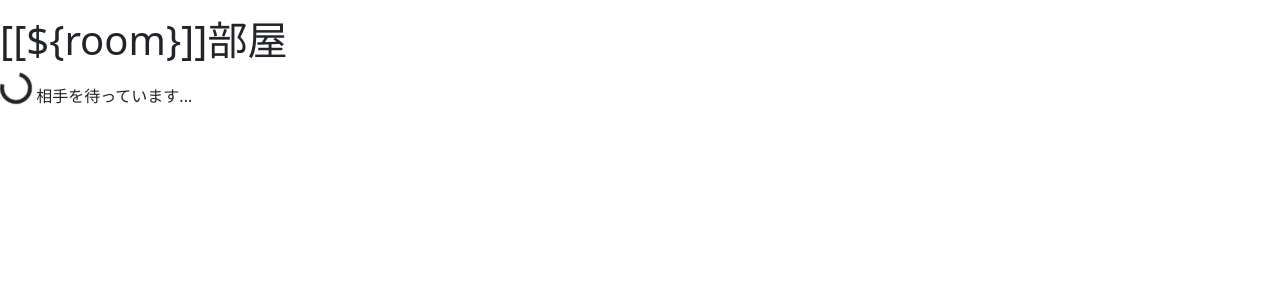
Repository: e1b21074/field_arena
Page: .log/field_arena/src/main/resources/templates/room.html
An editor plug-in stored every save of this project. The page is shown before and after the next save, followed by the edit.
The browser window is 1280 px wide. The pictures show the whole page.
The page's requests for data from a server got no answer.

Above is the page before, as saved 2024-01-05 23:46:19.

### .log/field_arena/src/main/resources/templates/room.html
<!DOCTYPE html>
<html lang="en">

<head>
  <meta charset="UTF-8">
  <meta name="viewport" content="width=device-width, initial-scale=1.0">

  <!-- bootstrap CSS -->
  <link href="https://cdn.jsdelivr.net/npm/bootstrap@5.0.2/dist/css/bootstrap.min.css" rel="stylesheet"
    integrity="sha384-EVSTQN3/azprG1Anm3QDgpJLIm9Nao0Yz1ztcQTwFspd3yD65VohhpuuCOmLASjC" crossorigin="anonymous">

  <title>カードゲーム</title>
  <script>
    window.onload=function(){
      var sse = new EventSource('/start');
        sse.onmessage=function(event){
          var game=JSON.parse(event.data);
          location.href = "/game?roomid=" + game.id;
        }
    }
  </script>

  <style>
    p{
      text-align: center;
    }
  </style>
</head>
<body>
  <p>
    <h1>[[${room}]]部屋</h1>
    <div id="game">
      <nobr class="spinner-border" role="status">
        <span class="visually-hidden">Loading...</span>
      </nobr>
      相手を待っています...
    </div>
  </p>

  <script src="https://cdn.jsdelivr.net/npm/bootstrap@5.0.2/dist/js/bootstrap.bundle.min.js"
    integrity="sha384-MrcW6ZMFYlzcLA8Nl+NtUVF0sA7MsXsP1UyJoMp4YLEuNSfAP+JcXn/tWtIaxVXM"
    crossorigin="anonymous"></script>

</body>
</html>

After the next save:
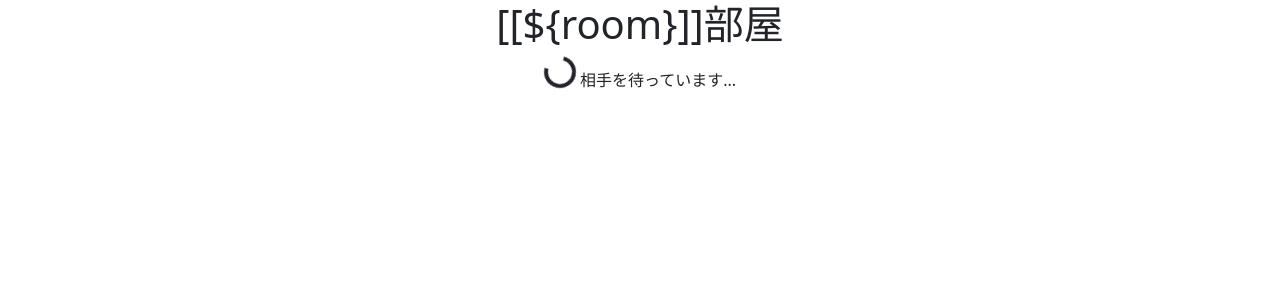
Saved 65 s later.
--- a/.log/field_arena/src/main/resources/templates/room.html
+++ b/.log/field_arena/src/main/resources/templates/room.html
@@ -19,15 +19,9 @@
         }
     }
   </script>
-
-  <style>
-    p{
-      text-align: center;
-    }
-  </style>
 </head>
 <body>
-  <p>
+  <center>
     <h1>[[${room}]]部屋</h1>
     <div id="game">
       <nobr class="spinner-border" role="status">
@@ -35,7 +29,7 @@
       </nobr>
       相手を待っています...
     </div>
-  </p>
+  </center>
 
   <script src="https://cdn.jsdelivr.net/npm/bootstrap@5.0.2/dist/js/bootstrap.bundle.min.js"
     integrity="sha384-MrcW6ZMFYlzcLA8Nl+NtUVF0sA7MsXsP1UyJoMp4YLEuNSfAP+JcXn/tWtIaxVXM"
